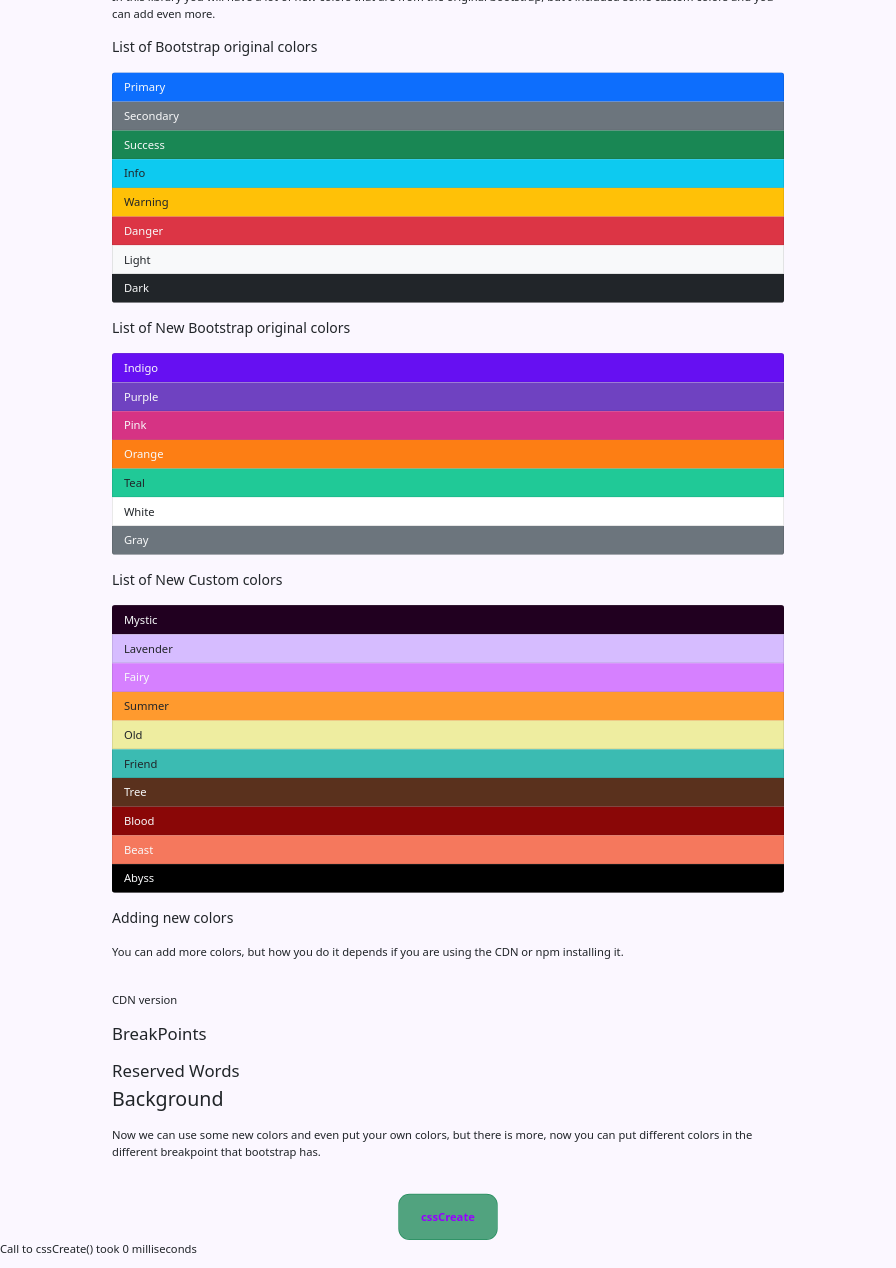
Repository: LynxPardelle/bootstrap-expanded-features
Page: index.html
The author's editor kept a copy of each file at every save. The page is drawn from the files as they stood at one save, then again after the next save.
The browser window is 1280 px wide. The pictures show the part of the page from y = 2168 to 4088 px (the page is 3980 px tall before and 4088 px after), at 70% of full size.

Above is the page before, as saved 2022-01-02 06:14:08.

After the next save:
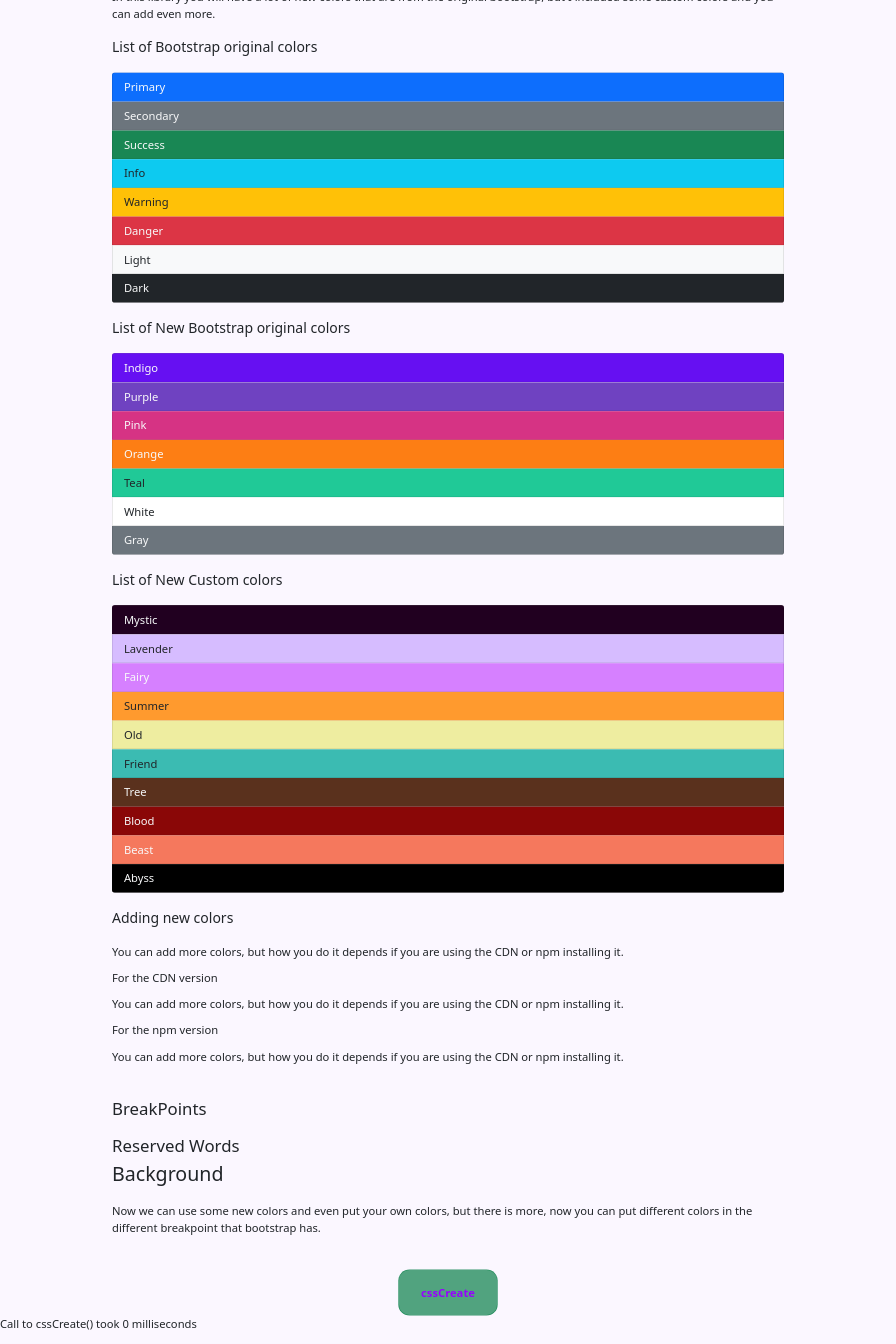
Saved 44 s later.
--- a/index.html
+++ b/index.html
@@ -370,12 +370,22 @@
               <li class="list-group-item text-light bef bef-bg-abyss">Abyss</li>
             </ul>
             <h5 class="my-4">Adding new colors</h5>
-            <p class="mt-4 mb-5 text-start bef bef-link-futurePop">
+            <p class="mt-4 mb-3 text-start bef bef-link-futurePop">
               You can add more colors, but how you do it depends if you are
               using the CDN or npm installing it.
             </p>
 
-            <h6>CDN version</h6>
+            <h6>For the CDN version</h6>
+            <p class="mt-3 mb-3 text-start bef bef-link-futurePop">
+              You can add more colors, but how you do it depends if you are
+              using the CDN or npm installing it.
+            </p>
+
+            <h6>For the npm version</h6>
+            <p class="mt-3 mb-5 text-start bef bef-link-futurePop">
+              You can add more colors, but how you do it depends if you are
+              using the CDN or npm installing it.
+            </p>
 
 
             <!-- BREAKPOINTSBASICHTU -->
